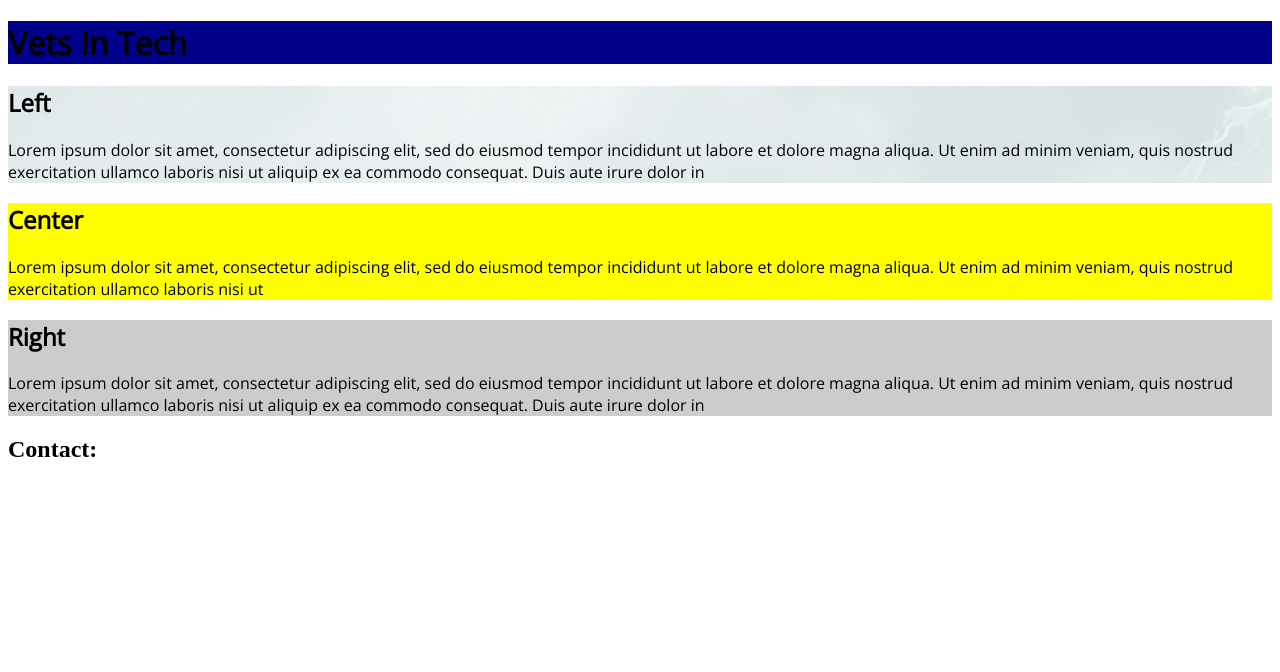
Repository: 3EyEdRav3n/10-2020-cohort-course
Page: week-1/Week-1 Assignment/index.html
An editor plug-in stored every save of this project. The page is shown before and after the next save, followed by the edit.
The browser window is 1280 px wide. The pictures show the whole page.

Above is the page before, as saved 2020-11-01 20:46:46.

### week-1/Week-1 Assignment/index.html
<!DOCTYPE html>
<html lang="en">
  <head>
    <meta charset="UTF-8" />
    <meta name="viewport" content="width=device-width, initial-scale=1.0" />
    <link rel="stylesheet" href="./styles.css" />
    <link
      href="https://fonts.googleapis.com/css2?family=Open+Sans&display=swap"
      rel="stylesheet"
    />
    <link
      href="https://fonts.googleapis.com/css2?family=Open+Sans&family=Roboto+Slab:wght@500&display=swap"
      rel="stylesheet"
    />

    <title>VetTech</title>
  </head>
  <body>
    <div class="header">
      <h1>Vets In Tech</h1>
    </div>
    <div class="container">
      <div class="left-col">
        <h2>Left</h2>
        <p>
          Lorem ipsum dolor sit amet, consectetur adipiscing elit, sed do
          eiusmod tempor incididunt ut labore et dolore magna aliqua. Ut enim ad
          minim veniam, quis nostrud exercitation ullamco laboris nisi ut
          aliquip ex ea commodo consequat. Duis aute irure dolor in
        </p>
      </div>

      <div class="center-col">
        <h2>Center</h2>
        <p>
          Lorem ipsum dolor sit amet, consectetur adipiscing elit, sed do
          eiusmod tempor incididunt ut labore et dolore magna aliqua. Ut enim ad
          minim veniam, quis nostrud exercitation ullamco laboris nisi ut
        </p>
      </div>
      <div class="right-col">
        <h2>Right</h2>
        <p>
          Lorem ipsum dolor sit amet, consectetur adipiscing elit, sed do
          eiusmod tempor incididunt ut labore et dolore magna aliqua. Ut enim ad
          minim veniam, quis nostrud exercitation ullamco laboris nisi ut
          aliquip ex ea commodo consequat. Duis aute irure dolor in
        </p>
      </div>
    </div>
    <div class="footer"></div>
    <h2>Contact:</h2>
  </body>
</html>

### week-1/Week-1 Assignment/styles.css

.header{
        font-family: 'Roboto Slab', serif;
        background-color: darkblue;
        tet-align: center;

}
.container{
        font-family: 'Open Sans', sans-serif;
}
.left-col{
        background-image: url("/images/lincoln.jpg");
        background-color: #cccccc;
}
.center-col{
background-color: yellow;
}
.right-col{
        background-color: #cccccc;
}
.footer{
        font-family: 'Roboto Slab', serif;
}


h1 {
        font-family: 'Open Sans', sans-serif;
}

After the next save:
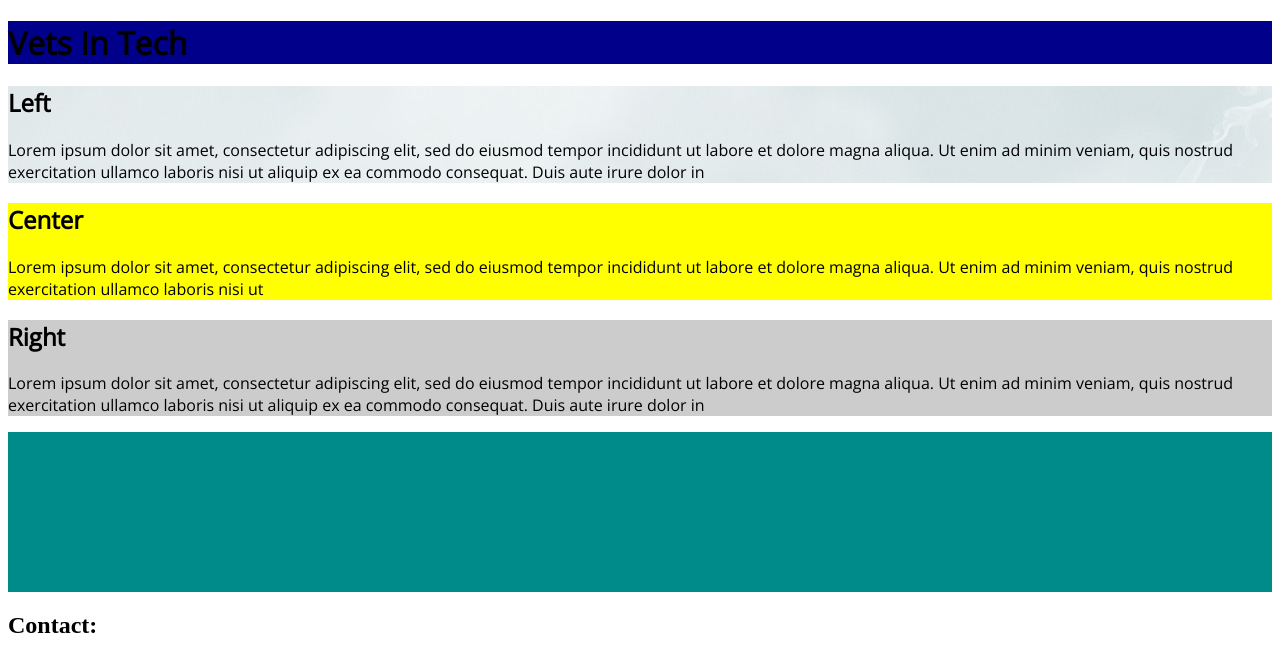
Saved 82 s later.
--- a/week-1/Week-1 Assignment/styles.css
+++ b/week-1/Week-1 Assignment/styles.css
@@ -13,13 +13,17 @@
         background-color: #cccccc;
 }
 .center-col{
-background-color: yellow;
+        background-color: yellow;
 }
 .right-col{
         background-color: #cccccc;
 }
 .footer{
         font-family: 'Roboto Slab', serif;
+        background-color: darkcyan;
+        text-align: center;
+        height: 10rem;
+
 }
 
 
